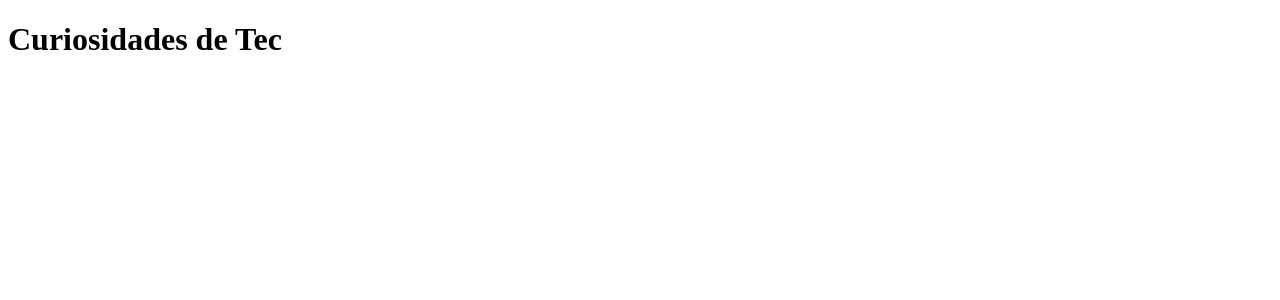
Repository: ClaytonEduard/cursoemvideo
Page: html-css/desafios/d010/android.html
The author's editor kept a copy of each file at every save. The page is drawn from the files as they stood at one save, then again after the next save.
The browser window is 1280 px wide. The pictures show the whole page.

Above is the page before, as saved 2022-12-02 08:54:19.

### html-css/desafios/d010/android.html
<!DOCTYPE html>
<html lang="pt-br">
<head>
    <meta charset="UTF-8">
    <meta http-equiv="X-UA-Compatible" content="IE=edge">
    <meta name="viewport" content="width=device-width, initial-scale=1.0">
    <title>Como surgiu o mascote do Android?</title>
</head>
<body>
    <header>
        <h1>Curiosidades de Tec</h1>
    </header>
</body>
</html>

After the next save:
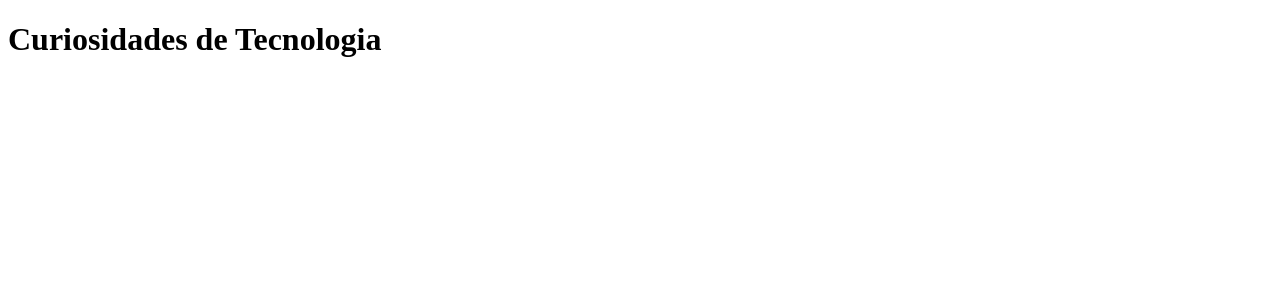
Saved 8 s later.
--- a/html-css/desafios/d010/android.html
+++ b/html-css/desafios/d010/android.html
@@ -8,7 +8,7 @@
 </head>
 <body>
     <header>
-        <h1>Curiosidades de Tec</h1>
+        <h1>Curiosidades de Tecnologia</h1>
     </header>
 </body>
 </html>
